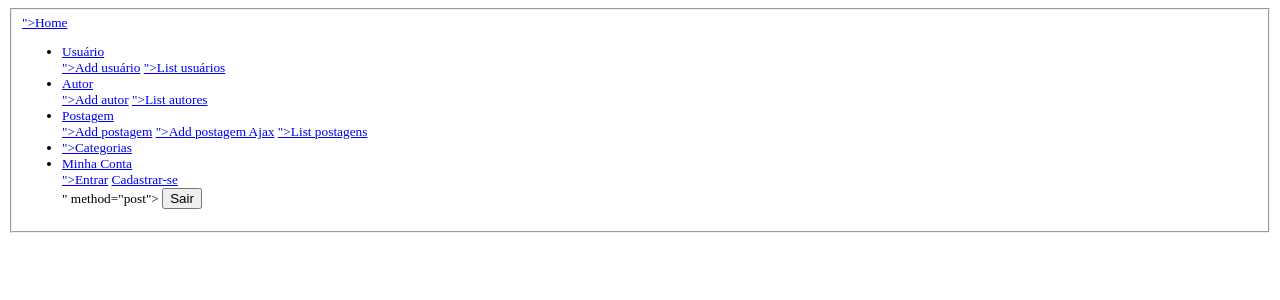
Repository: f4br1c10/Curso-Spring-Devmedia
Page: http://localhost/blog/WEB-INF/views/menu.jsp
The author's editor kept a copy of each file at every save. The page is drawn from the files as they stood at one save, then again after the next save.
The browser window is 1280 px wide. The pictures show the whole page.
The page is served by Tomcat 9. Nobody is signed in. Other server files are loaded and not shown. The template is opened directly, without the code that normally fills it, so the values that code supplies are empty.

Above is the page before, as saved 2019-07-09 14:46:20.

### blog/src/main/webapp/WEB-INF/views/menu.jsp
<%@ page language="java" contentType="text/html; charset=UTF-8" pageEncoding="UTF-8"%>
<fieldset style="font-size: 10pt">
	<nav class="navbar navbar-expand-lg navbar-dark bg-dark">
		<a class="navbar-brand" href="<c:url value = "/"/> ">Home</a>
		<div class="collapse navbar-collapse" id="navbarNavDropdown">
			<ul class="navbar-nav">
				<li class="nav-item dropdown">
					<a class="nav-link dropdown-toggle" href="#" id="navbarDropdownMenuLink" role="button" data-toggle="dropdown"aria-haspopup="true" aria-expanded="false">
						Usuário
					</a>
					<div class="dropdown-menu" aria-labelledby="navbarDropdownMenuLink">
						<a class="dropdown-item" href="<c:url value = "/usuario/add"/>">Add usuário</a>
		          		<a class="dropdown-item" href="<c:url value = "/usuario/list"/>">List usuários</a>
					</div>
				</li>
				<li class="nav-item dropdown">
					<a class="nav-link dropdown-toggle" href="#" id="navbarDropdownMenuLink" role="button" data-toggle="dropdown"aria-haspopup="true" aria-expanded="false">
						Autor
					</a>
					<div class="dropdown-menu" aria-labelledby="navbarDropdownMenuLink">
						<a class="dropdown-item" href="<c:url value = "/autor/add"/>">Add autor</a>
		          		<a class="dropdown-item" href="<c:url value = "/autor/list"/>">List autores</a>
					</div>
				</li>
				<li class="nav-item dropdown">
					<a class="nav-link dropdown-toggle" href="#" id="navbarDropdownMenuLink" role="button" data-toggle="dropdown"aria-haspopup="true" aria-expanded="false">
						Postagem
					</a>
					<div class="dropdown-menu" aria-labelledby="navbarDropdownMenuLink">
						<a class="dropdown-item" href="<c:url value = "/postagem/add"/>">Add postagem</a>
						<a class="dropdown-item" href="<c:url value = "/postagem/ajax/add"/>">Add postagem Ajax</a>
		          		<a class="dropdown-item" href="<c:url value = "/postagem/list"/>">List postagens</a>
					</div>
				</li>
				<li class="nav-item">
			    	<a class="nav-link" href="<c:url value = "/categoria/add"/>">Categorias</a>
			    </li>
			    <li class="nav-item dropdown">
					<a class="nav-link dropdown-toggle" href="#" id="navbarDropdownMenuLink" role="button" data-toggle="dropdown"aria-haspopup="true" aria-expanded="false">
						Minha Conta
					</a>
					<div class="dropdown-menu" aria-labelledby="navbarDropdownMenuLink">
						<a class="dropdown-item" href="<c:url value = "/auth/form"/>">Entrar</a>
						<a class="dropdown-item" href="#"/>Cadastrar-se</a>
						<form action="<c:url value="/logout"/>" method="post">
						    <security:csrfInput/>
							<button type="submit">Sair</button>
						</form>
					</div>
				</li>
			</ul>
		</div>
	</nav>

</fieldset>

After the next save:
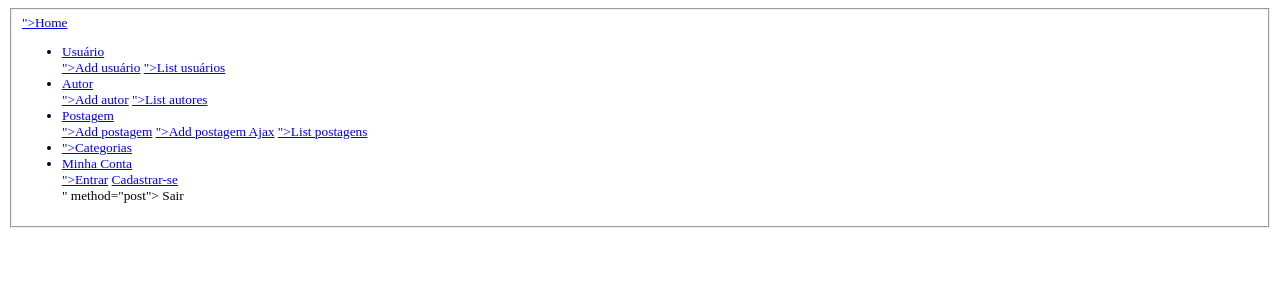
Saved 119 s later.
--- a/blog/src/main/webapp/WEB-INF/views/menu.jsp
+++ b/blog/src/main/webapp/WEB-INF/views/menu.jsp
@@ -44,7 +44,7 @@
 						<a class="dropdown-item" href="#"/>Cadastrar-se</a>
 						<form action="<c:url value="/logout"/>" method="post">
 						    <security:csrfInput/>
-							<button type="submit">Sair</button>
+							<a type="submit" style="">Sair</a>
 						</form>
 					</div>
 				</li>

After the save that followed:
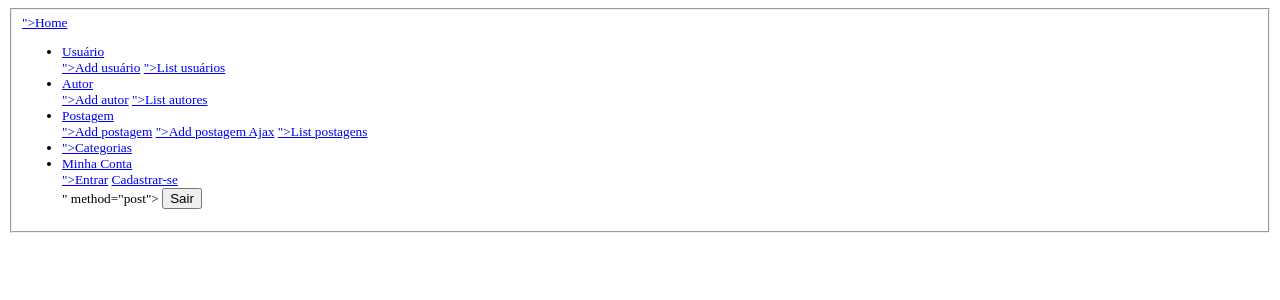
Saved 2 min 0 s later.
--- a/blog/src/main/webapp/WEB-INF/views/menu.jsp
+++ b/blog/src/main/webapp/WEB-INF/views/menu.jsp
@@ -44,7 +44,7 @@
 						<a class="dropdown-item" href="#"/>Cadastrar-se</a>
 						<form action="<c:url value="/logout"/>" method="post">
 						    <security:csrfInput/>
-							<a type="submit" style="">Sair</a>
+							<button type="submit" class="btn btn-lg">Sair</button>
 						</form>
 					</div>
 				</li>
